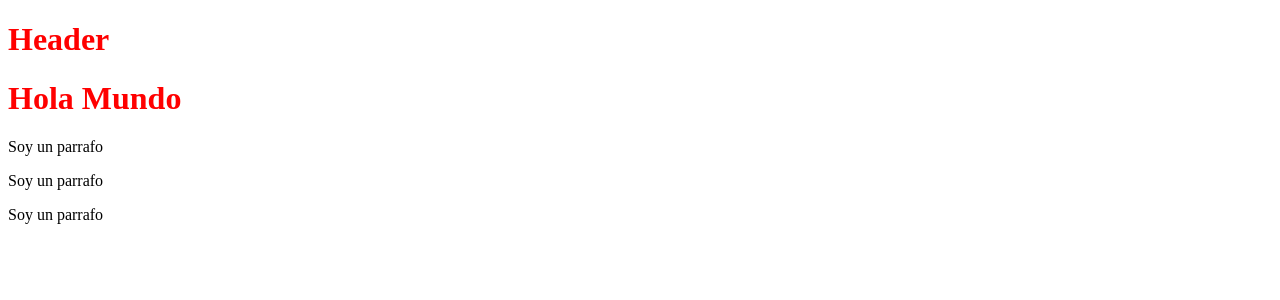
Repository: Klauditha/desafio_modulo_react
Page: / (app in 01_Introduccion/ClasePrincipal/)
The author's editor kept a copy of each file at every save. The page is drawn from the files as they stood at one save, then again after the next save.
The browser window is 1280 px wide. The pictures show the whole page.
The project was rebuilt for these pictures with package versions that can differ from the ones it lists, and the page was loaded fresh each time. Also part of the build but not shown: 01_Introduccion/ClasePrincipal/vite.config.js, 01_Introduccion/ClasePrincipal/src/index.css.

Above is the page before, as saved 2023-09-07 23:21:39.

After the next save:
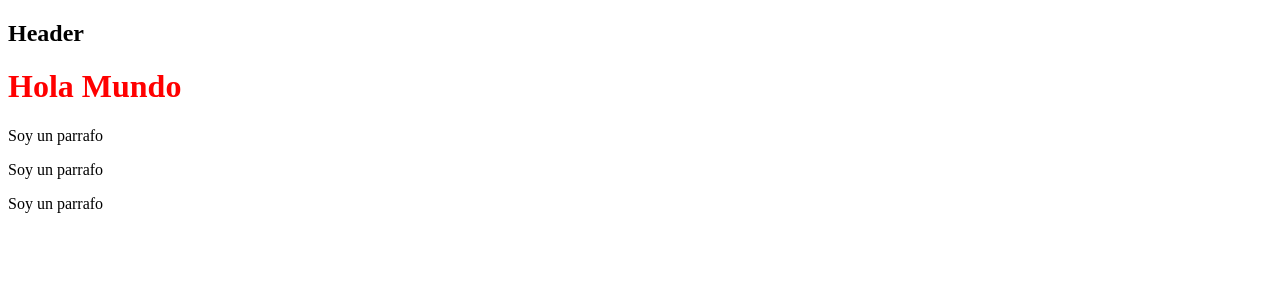
Saved 1 s later.
--- a/01_Introduccion/ClasePrincipal/src/component/Header.jsx
+++ b/01_Introduccion/ClasePrincipal/src/component/Header.jsx
@@ -1,7 +1,7 @@
 const Header = () => {
   return (
     <>
-      <h1>Header</h1>
+      <h2>Header</h2>
     </>
   );
 };
